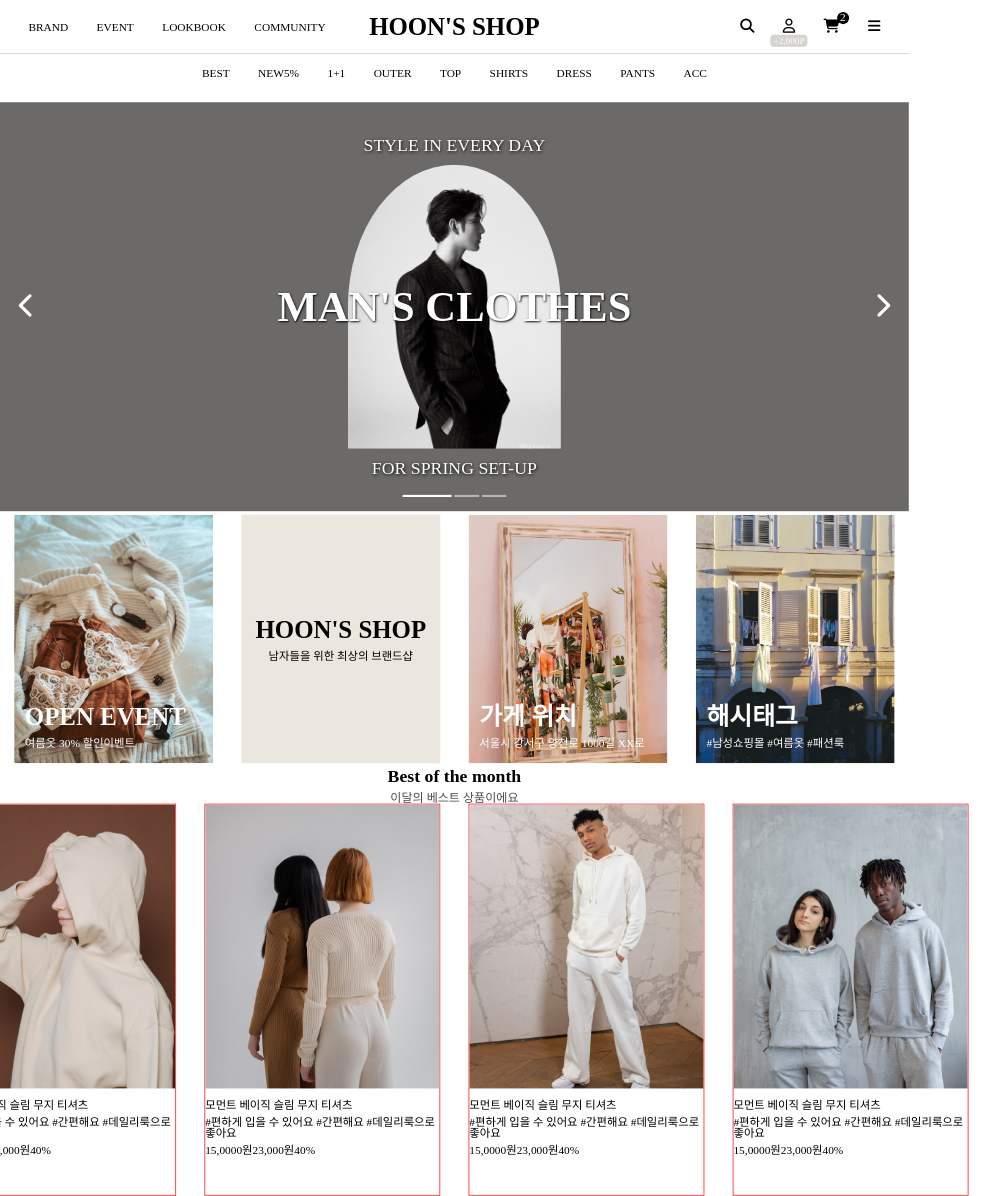
Repository: Iimchaehoon/cafeProject
Page: src/index.html
These files come from the project's save history. The page is drawn as it stood at one moment and after the next save; the edit follows.
The browser window is 1280 px wide. The page is 1384 px wide, so the pictures cover 1384 px, including what lies to the right of the window. The pictures show the whole page, at 71% of full size.
Some web fonts or font styles are not loaded; a fallback is used. Some web libraries are served in a nearby version.

Above is the page before, as saved 2024-07-24 22:20:29.

### src/index.html
<!DOCTYPE html>
<html lang="en">
  <head>
    <meta charset="UTF-8" />
    <meta name="viewport" content="width=device-width, initial-scale=1.0" />
    <link rel="shortcut icon" href="/assets/cafefav.png" type="image/x-icon" />

    <link rel="stylesheet" href="/src/css/pages/main.css" />
    <title>cafe24_clone</title>
    <script
      src="https://kit.fontawesome.com/1e606f2a97.js"
      crossorigin="anonymous"
    ></script>
  </head>
  <body>
    <!--header-->
    <header class="header">
      <div class="header__top">
        <nav class="header__nav-box">
          <ul class="header__list-box">
            <li class="header__content">BRAND</li>
            <li class="header__content">EVENT</li>
            <li class="header__content">LOOKBOOK</li>
            <li class="header__content">COMMUNITY</li>
          </ul>
        </nav>
        <h1 class="header__title">HOON'S SHOP</h1>
        <ul class="header__menu">
          <li class="header__content">
            <i class="fa-solid fa-magnifying-glass fa-lg"></i>
          </li>
          <li class="header__content header__content--badge-price">
            <div class="header__price-badge"><span>+2,000P</span></div>
            <i class="fa-regular fa-user fa-lg"></i>
          </li>
          <li class="header__content header__content--badge-box">
            <div class="header__cart-badge"><span>2</span></div>
            <i class="fa-solid fa-cart-shopping fa-lg"></i>
          </li>
          <li class="header__content">
            <i class="fa-solid fa-bars fa-lg"></i>
          </li>
        </ul>
      </div>

      <div class="header__bottom">
        <ul class="header__category">
          <li class="header__content">BEST</li>
          <li class="header__content">NEW5%</li>
          <li class="header__content">1+1</li>
          <li class="header__content">OUTER</li>
          <li class="header__content">TOP</li>
          <li class="header__content">SHIRTS</li>
          <li class="header__content">DRESS</li>
          <li class="header__content">PANTS</li>
          <li class="header__content">ACC</li>
        </ul>
      </div>
    </header>
    <!-- main  -->
    <main class="main">
      <section class="main__slider">
        <h2 class="main__slider-title">MAN'S CLOTHES</h2>
        <span class="main__slider-btn"
          ><i class="fa-solid fa-chevron-left fa-xl"></i
        ></span>

        <div class="main__slider-container">
          <span class="main__slider-text">STYLE IN EVERY DAY</span>
          <div class="main__slider-image-container">
            <img
              class="main__slider-image"
              src="/assets/main-slider.jpg"
              alt="main-slider_img"
            />
          </div>
          <span class="main__slider-text">FOR SPRING SET-UP</span>
        </div>

        <span class="main__slider-btn"
          ><i class="fa-solid fa-chevron-right fa-xl"></i
        ></span>
        <div class="main__progress-bar">
          <div
            class="main__progress-bar-item main__progress-bar-item--visible"
          ></div>
          <div
            class="main__progress-bar-item main__progress-bar-item--invisible"
          ></div>
          <div
            class="main__progress-bar-item main__progress-bar-item--invisible"
          ></div>
        </div>
      </section>
    </main>
    <!-- section -->
    <section class="main__introduction">
      <div class="main__intro-container-img">
        <img class="main__intro-image" src="/assets/intro-01.jpg" alt="" />
        <div class="main__intro-text-container">
          <h2 class="main__intro-title">OPEN EVENT</h2>
          <span class="main__intro-description">여름옷 30% 할인이벤트</span>
        </div>
      </div>
      <div class="main__intro-container">
        <h2 class="main__intro-title main__intro-title-black">HOON'S SHOP</h2>
        <span class="main__intro-description main__intro-description-black"
          >남자들을 위한 최상의 브랜드샵</span
        >
      </div>
      <div class="main__intro-container-img">
        <img class="main__intro-image" src="/assets/intro-02.jpg" alt="" />

        <div class="main__intro-text-container">
          <h2 class="main__intro-title">가게 위치</h2>
          <span class="main__intro-description"
            >서울시 강서구 양천로 1000길 XX로</span
          >
        </div>
      </div>
      <div class="main__intro-container-img">
        <img class="main__intro-image" src="/assets/intro-03.jpg" alt="" />

        <div class="main__intro-text-container">
          <h2 class="main__intro-title">해시태그</h2>
          <span class="main__intro-description"
            >#남성쇼핑몰 #여름옷 #패션룩</span
          >
        </div>
      </div>
    </section>
    <!-- section2 -->
    <section class="main__month-best">
      <h3 class="main__best-title">Best of the month</h3>
      <span class="main__best-sub-title">이달의 베스트 상품이에요</span>
      <div class="main__best-sub-container">
        <article class="main__best-article">
          <div class="main__article-img-container">
            <img class="main__article-img" src="/assets/best-01.jpg" />
          </div>
          <div class="main__article-container">
            <div
              class="main__article-color-item main__article-color-item--01"
            ></div>
            <div
              class="main__article-color-item main__article-color-item--02"
            ></div>
            <div
              class="main__article-color-item main__article-color-item--03"
            ></div>
            <div
              class="main__article-color-item main__article-color-item--04"
            ></div>
            <div
              class="main__article-color-item main__article-color-item--05"
            ></div>
          </div>
          <div class="main__article-container">
            <h4 class="main__article-product-name">
              모먼트 베이직 슬림 무지 티셔츠
            </h4>
          </div>
          <div class="main__article-container">
            <span class="main__article-product-description">
              #편하게 입을 수 있어요 #간편해요 #데일리룩으로 좋아요
            </span>
          </div>
          <div class="main__article-container">
            <span class="main__article-total-price">15,0000원</span>
            <small class="main__article-previous-price">23,000원</small>
            <span class="main__article-discount-rate">40%</span>
          </div>
        </article>
        <article class="main__best-article">
          <div class="main__article-img-container">
            <img class="main__article-img" src="/assets/best-02.jpg" />
          </div>
          <div class="main__article-container">
            <div
              class="main__article-color-item main__article-color-item--01"
            ></div>
            <div
              class="main__article-color-item main__article-color-item--02"
            ></div>
            <div
              class="main__article-color-item main__article-color-item--03"
            ></div>
            <div
              class="main__article-color-item main__article-color-item--04"
            ></div>
            <div
              class="main__article-color-item main__article-color-item--05"
            ></div>
          </div>
          <div class="main__article-container">
            <h4 class="main__article-product-name">
              모먼트 베이직 슬림 무지 티셔츠
            </h4>
          </div>
          <div class="main__article-container">
            <span class="main__article-product-description">
              #편하게 입을 수 있어요 #간편해요 #데일리룩으로 좋아요
            </span>
          </div>
          <div class="main__article-container">
            <span class="main__article-total-price">15,0000원</span>
            <small class="main__article-previous-price">23,000원</small>
            <span class="main__article-discount-rate">40%</span>
          </div>
        </article>
        <article class="main__best-article">
          <div class="main__article-img-container">
            <img class="main__article-img" src="/assets/best-04.jpg" />
          </div>
          <div class="main__article-container">
            <div
              class="main__article-color-item main__article-color-item--01"
            ></div>
            <div
              class="main__article-color-item main__article-color-item--02"
            ></div>
            <div
              class="main__article-color-item main__article-color-item--03"
            ></div>
            <div
              class="main__article-color-item main__article-color-item--04"
            ></div>
            <div
              class="main__article-color-item main__article-color-item--05"
            ></div>
          </div>
          <div class="main__article-container">
            <h4 class="main__article-product-name">
              모먼트 베이직 슬림 무지 티셔츠
            </h4>
          </div>
          <div class="main__article-container">
            <span class="main__article-product-description">
              #편하게 입을 수 있어요 #간편해요 #데일리룩으로 좋아요
            </span>
          </div>
          <div class="main__article-container">
            <span class="main__article-total-price">15,0000원</span>
            <small class="main__article-previous-price">23,000원</small>
            <span class="main__article-discount-rate">40%</span>
          </div>
        </article>
        <article class="main__best-article">
          <div class="main__article-img-container">
            <img class="main__article-img" src="/assets/best-05.jpg" />
          </div>
          <div class="main__article-container">
            <div
              class="main__article-color-item main__article-color-item--01"
            ></div>
            <div
              class="main__article-color-item main__article-color-item--02"
            ></div>
            <div
              class="main__article-color-item main__article-color-item--03"
            ></div>
            <div
              class="main__article-color-item main__article-color-item--04"
            ></div>
            <div
              class="main__article-color-item main__article-color-item--05"
            ></div>
          </div>
          <div class="main__article-container">
            <h4 class="main__article-product-name">
              모먼트 베이직 슬림 무지 티셔츠
            </h4>
          </div>
          <div class="main__article-container">
            <span class="main__article-product-description">
              #편하게 입을 수 있어요 #간편해요 #데일리룩으로 좋아요
            </span>
          </div>
          <div class="main__article-container">
            <span class="main__article-total-price">15,0000원</span>
            <small class="main__article-previous-price">23,000원</small>
            <span class="main__article-discount-rate">40%</span>
          </div>
        </article>
      </div>
    </section>
  </body>
</html>

### src/css/pages/main.css
@import "../reset.css";
@import "../common.css";
@import "../components/header.css";
@import "../slider.css";
@import "../intro.css";
@import "../monthbest.css";

### src/css/common.css
@import url("https://fonts.googleapis.com/css2?family=Nanum+Gothic&family=Nanum+Myeongjo&display=swap");
body {
  font-family: "Nanum Myeongjo", serif;
  margin: 0;
  padding: 0;
  box-sizing: border-box;
}
ul {
  margin: 0;
}

### src/css/components/header.css
.header {
  height: 20vh;
}
.header__top {
  display: flex;
  justify-content: space-between;
  padding: 20px;
  border-bottom: 1px solid rgba(0, 0, 0, 0.2);
}
.header__nav-box {
  width: 33%;
}
.header__title {
  width: 33%;
  font-size: 35px;
  font-weight: 550;
  text-align: center;
}

.header__list-box {
  display: flex;

  height: 100%;
  align-items: center;
}
.header__menu {
  display: flex;
  align-items: center;
  justify-content: flex-end;

  width: 33%;
}
.header__content {
  margin: 0 20px;
}
/* 아래헤더 */
.header__category {
  display: flex;
  justify-content: center;
  padding: 20px 0;
}
.header__cart-badge {
  background-color: black;
  display: flex;
  justify-content: center;
  align-items: center;
  border-radius: 100%;
  width: 13px;
  height: 13px;
  padding: 2px;
  position: absolute;
  top: -13px;
  right: -13px;
}
.header__content--badge-box {
  position: relative;
}
.header__cart-badge span {
  color: white;
}
.header__content--badge-price {
  position: relative;
}
.header__price-badge {
  background-color: #d5d3cd;
  color: white;
  display: flex;
  justify-content: center;
  align-items: center;
  font-size: 13px;
  border-radius: 5px;
  padding: 2px 4px;
  position: absolute;
  left: 50%;
  transform: translateX(-50%);
  bottom: -20px;
}

### src/css/slider.css
.main__slider {
  display: flex;
  justify-content: space-between;
  align-items: center;
  padding: 30px;
  background-color: #6b6a68;
  position: relative;
  height: 80vh;
  box-sizing: border-box;
}

.main__slider-btn {
  transform: scale(1.5);
  color: white;
}

.main__slider-text {
  color: white;
  font-size: 25px;
  text-shadow: 1px 1px 5px black;
}

.main__slider-container {
  display: flex;
  flex-direction: column;
  align-items: center;
}
.main__slider-image-container {
  width: 300px;
  height: 400px;

  border-top-left-radius: 50%;
  border-top-right-radius: 50%;

  overflow: hidden;
  margin: 15px 0;
}
.main__slider-image {
  width: 100%;
  height: 100%;
  object-fit: cover;
}
.main__slider-title {
  color: white;
  font-weight: 600;
  font-size: 60px;
  text-shadow: 1px 1px 3px black;
  position: absolute;
  top: 50%;
  left: 50%;
  transform: translate(-50%, -50%);
}
.main__progress-bar {
  width: 150px;
  height: 3px;

  position: absolute;
  bottom: 20px;
  left: 50%;
  transform: translateX(-50%);
  display: flex;
}
.main__progress-bar-item {
  height: 100%;
  background-color: white;
  margin: 0 2px;
}
.main__progress-bar-item--visible {
  width: 50%;
}
.main__progress-bar-item--invisible {
  width: 25%;
  opacity: 0.5;
}

### src/css/intro.css
.main__introduction {
  display: flex;
  justify-content: center;
  align-items: center;
  height: 50vh;
}
.main__intro-container-img,
.main__intro-container {
  width: 350px;
  height: 350px;
  overflow: hidden;
  margin: 0 20px;
}
.main__intro-container {
  display: flex;
  flex-direction: column;
  justify-content: center;
  align-items: center;
  background-color: #ebe7df;
}
.main__intro-image {
  width: 100%;
  height: 100%;
  object-fit: cover;
}

.main__intro-container-img {
  position: relative;
}
.main__intro-text-container {
  position: absolute;
  bottom: 20px;
  left: 15px;
}
.main__intro-title {
  color: white;
  font-size: 35px;
  font-weight: 600;
  margin-bottom: 12px;
}
.main__intro-description {
  color: white;
}
.main__intro-title-black {
  color: black;
}
.main__intro-description-black {
  color: black;
}

### src/css/monthbest.css
.main__month-best {
  display: flex;
  flex-direction: column;
  align-items: center;
}
.main__best-title {
  font-size: 25px;
  font-weight: 600;
  margin-bottom: 10px;
}
.main__best-sub-title {
  font-size: 17px;
  color: rgba(0, 0, 0, 0.7);
}
.main__best-sub-container {
  display: flex;
}
.main__best-article {
  width: 330px;
  height: 550px;
  overflow: hidden;
  margin: 0 20px;
  border: 1px solid red;
}
.main__article-img-container {
  width: 100%;
  height: 400px;
}
.main__article-img {
  width: 100%;
  height: 100%;
  object-fit: cover;
}
.main__article-container {
  display: flex;
  margin: 8px 0;
}

Loaded but not shown: src/css/reset.css (common file)

After the next save:
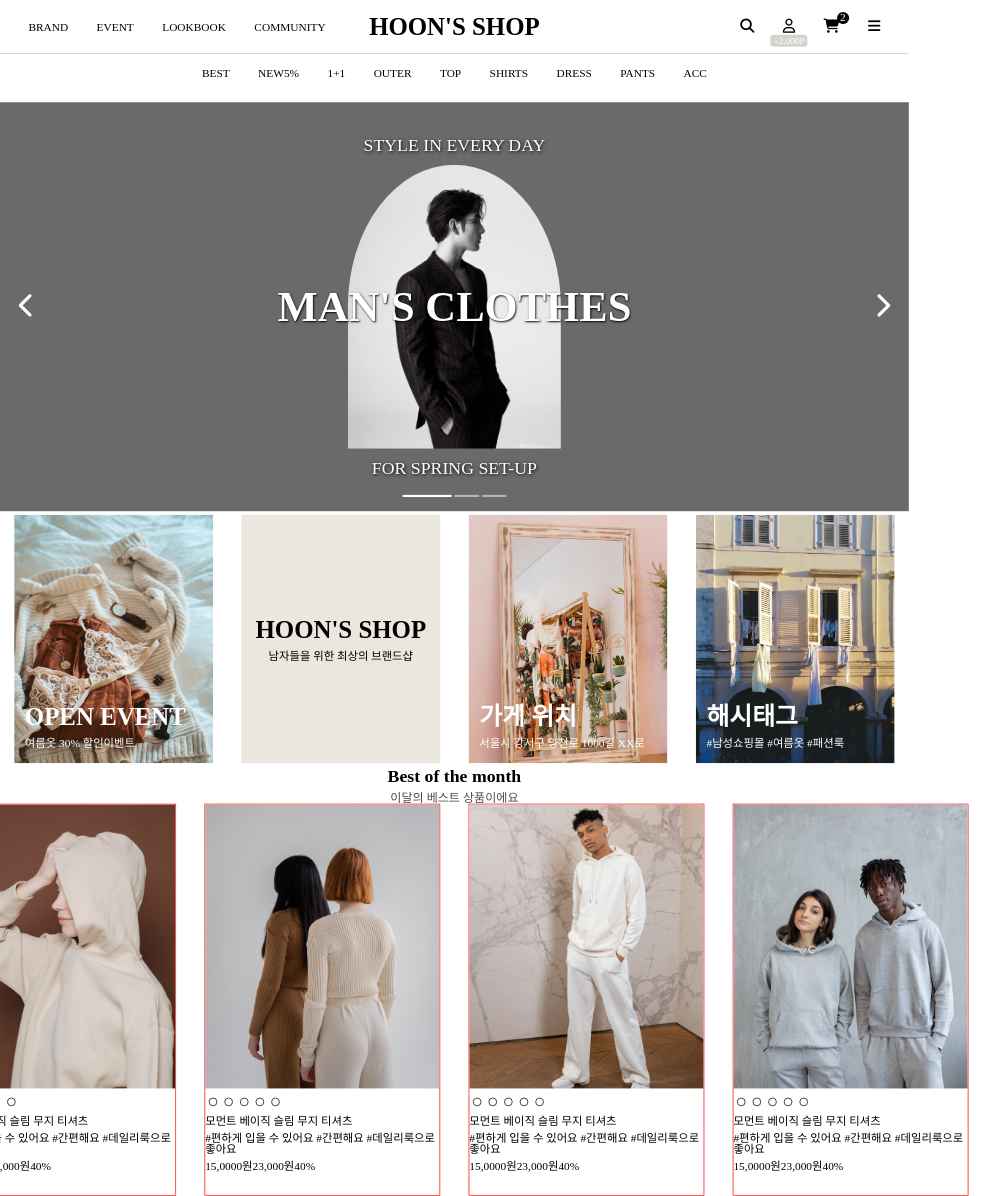
Saved 76 s later.
--- a/src/css/monthbest.css
+++ b/src/css/monthbest.css
@@ -35,3 +35,10 @@
   display: flex;
   margin: 8px 0;
 }
+.main__article-color-item {
+  width: 10px;
+  height: 10px;
+  border-radius: 100%;
+  border: 1px solid black;
+  margin: 5px;
+}
